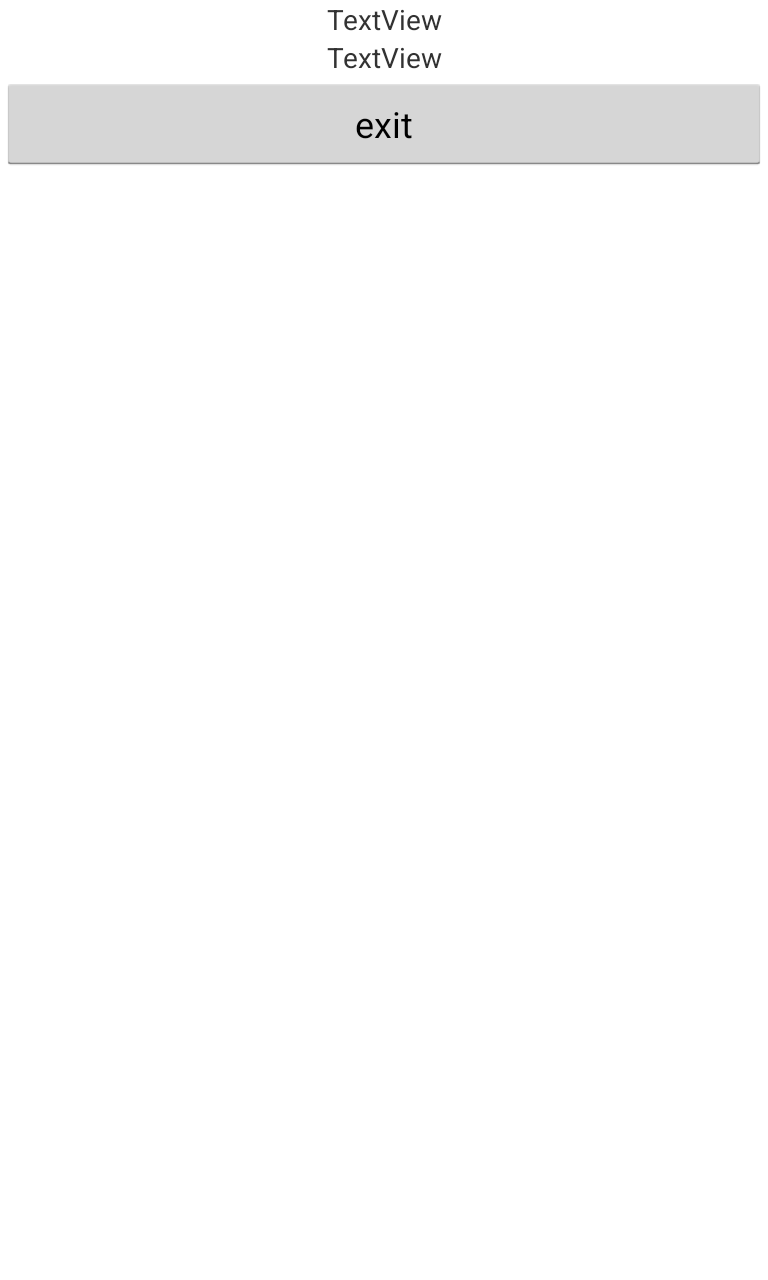
Repository: supremehappy/Android
Layout: OneAndTwo/res/layout/sub_activity.xml
An editor plug-in stored every save of this project. The layout is shown before and after the next save, followed by the edit.
It is drawn on a 768 x 1280 px phone screen (xhdpi) without system bars, with theme AppTheme; the app's code is not run.

Above is the layout before, as saved 2017-08-25 05:49:53.

### OneAndTwo/res/layout/sub_activity.xml
<?xml version="1.0" encoding="utf-8"?>
<LinearLayout xmlns:android="http://schemas.android.com/apk/res/android"
    android:layout_width="match_parent"
    android:layout_height="match_parent"
    android:orientation="vertical" >

    <TextView
        android:id="@+id/txt_result1"
        android:layout_width="fill_parent"
        android:layout_height="wrap_content"
        android:gravity="center"
        android:text="TextView" />

    <TextView
        android:id="@+id/txt_result2"
        android:layout_width="fill_parent"
        android:layout_height="wrap_content"
        android:gravity="center"
        android:text="TextView" />

    <Button
        android:id="@+id/btn_exit"
        android:layout_width="fill_parent"
        android:layout_height="wrap_content"
        android:text="exit" />

</LinearLayout>

Loaded but not shown: OneAndTwo/res/values/styles.xml (common file); OneAndTwo/res/values-v11/styles.xml (common file); OneAndTwo/res/values-v14/styles.xml (common file)

After the next save:
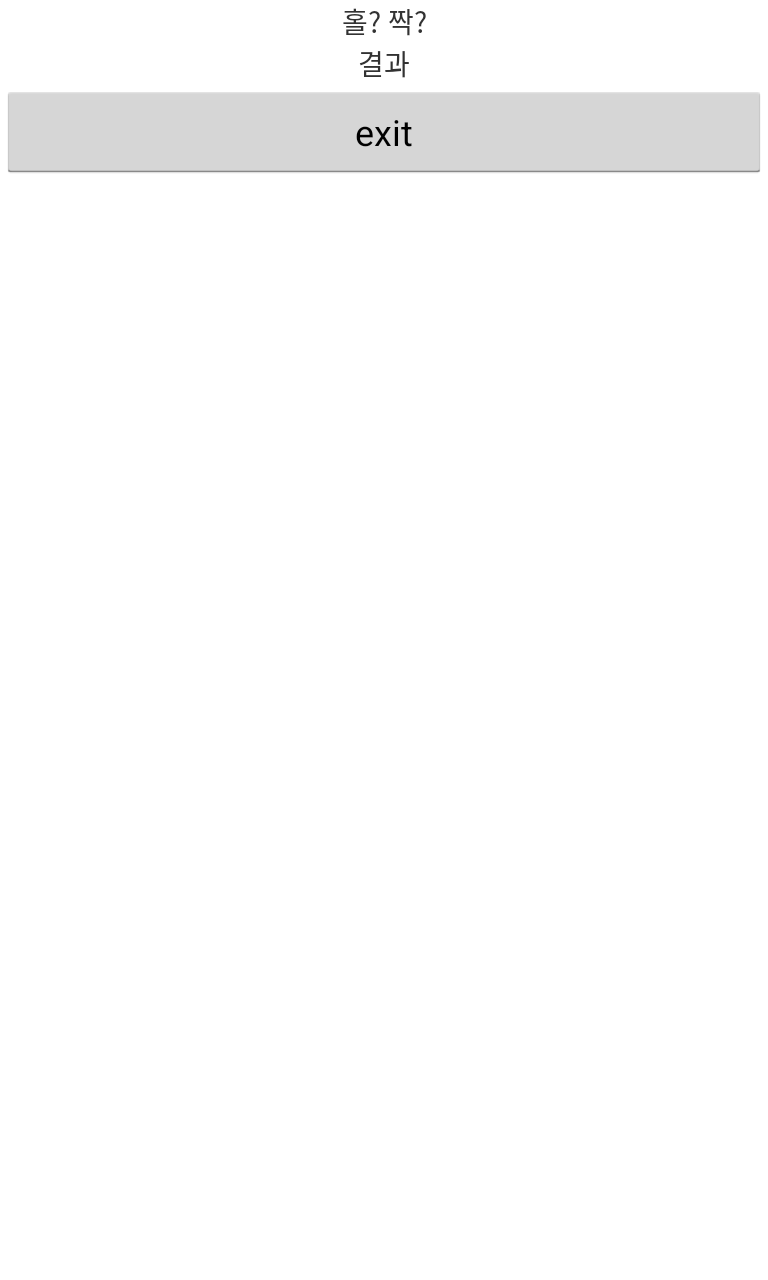
Saved 16 s later.
--- a/OneAndTwo/res/layout/sub_activity.xml
+++ b/OneAndTwo/res/layout/sub_activity.xml
@@ -9,14 +9,14 @@
         android:layout_width="fill_parent"
         android:layout_height="wrap_content"
         android:gravity="center"
-        android:text="TextView" />
+        android:text="홀? 짝?" />
 
     <TextView
         android:id="@+id/txt_result2"
         android:layout_width="fill_parent"
         android:layout_height="wrap_content"
         android:gravity="center"
-        android:text="TextView" />
+        android:text="결과" />
 
     <Button
         android:id="@+id/btn_exit"
